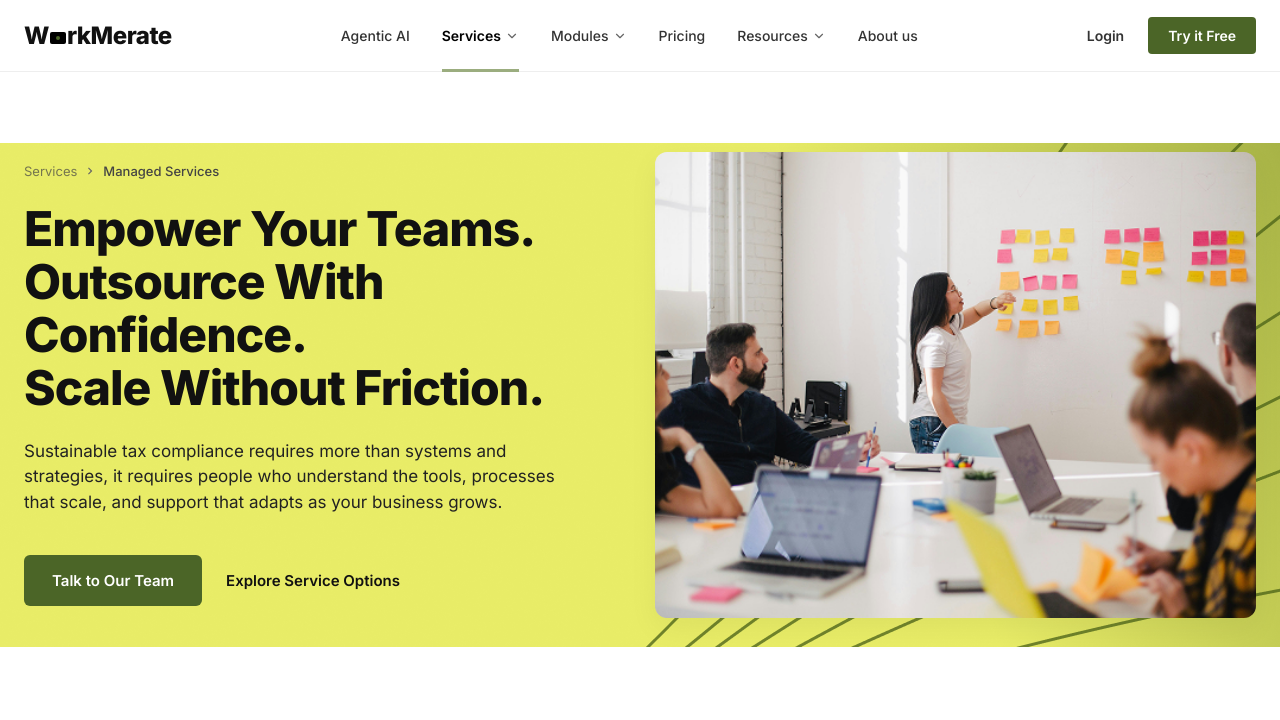
Repository: Opawumi/work_merate
Page: managed.html
These files come from the project's save history. The page is drawn as it stood at one moment and after a run of saves; the edit follows.
The browser window is 1280 px wide. The pictures show the whole page.

Above is the page before, as saved 2026-02-02 10:50:18.

After the next 3 saves:
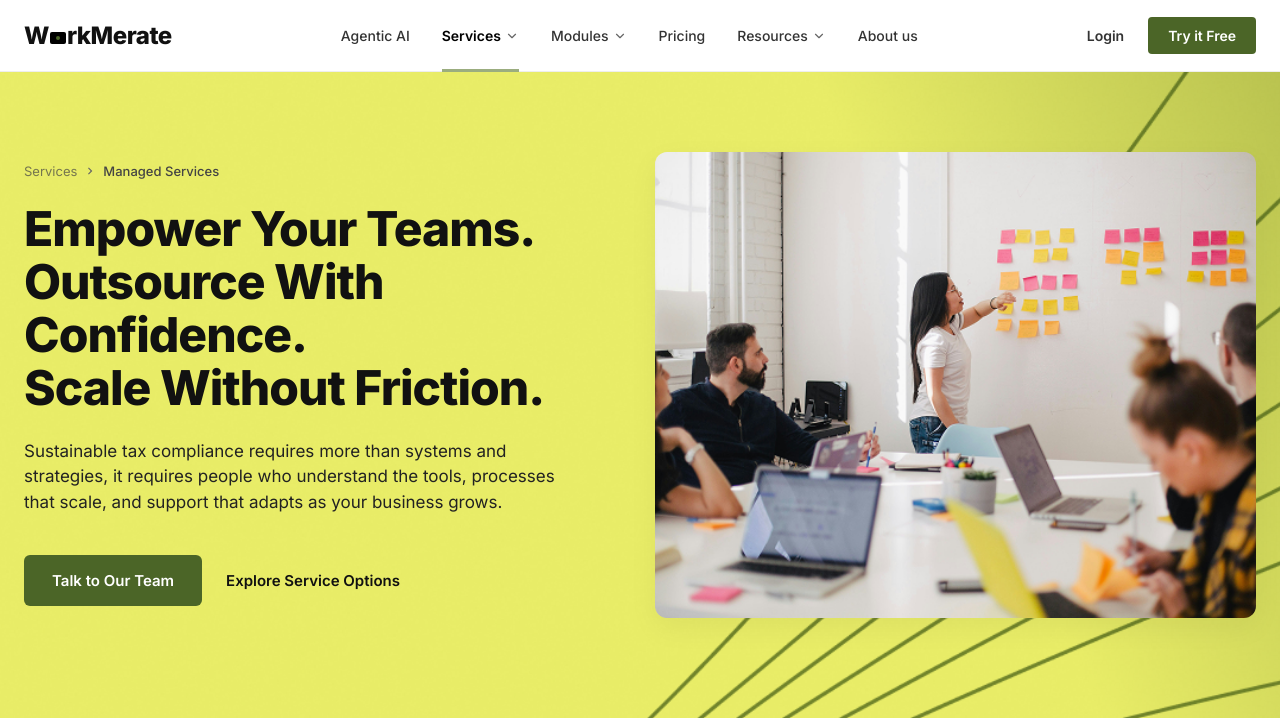
The 3 saves are shown as one change because they came seconds apart.
The last was saved 9 s later.
--- a/managed.css
+++ b/managed.css
@@ -142,7 +142,7 @@
 /* --- Managed Services Hero Section --- */
 .hero-section {
     position: relative;
-    background: url("./assets/managed-hero.png") no-repeat center ;
+    background: url("./assets/managed-hero.png") no-repeat center center/cover;
     padding: 80px 0 100px;
     overflow: hidden;
 }
